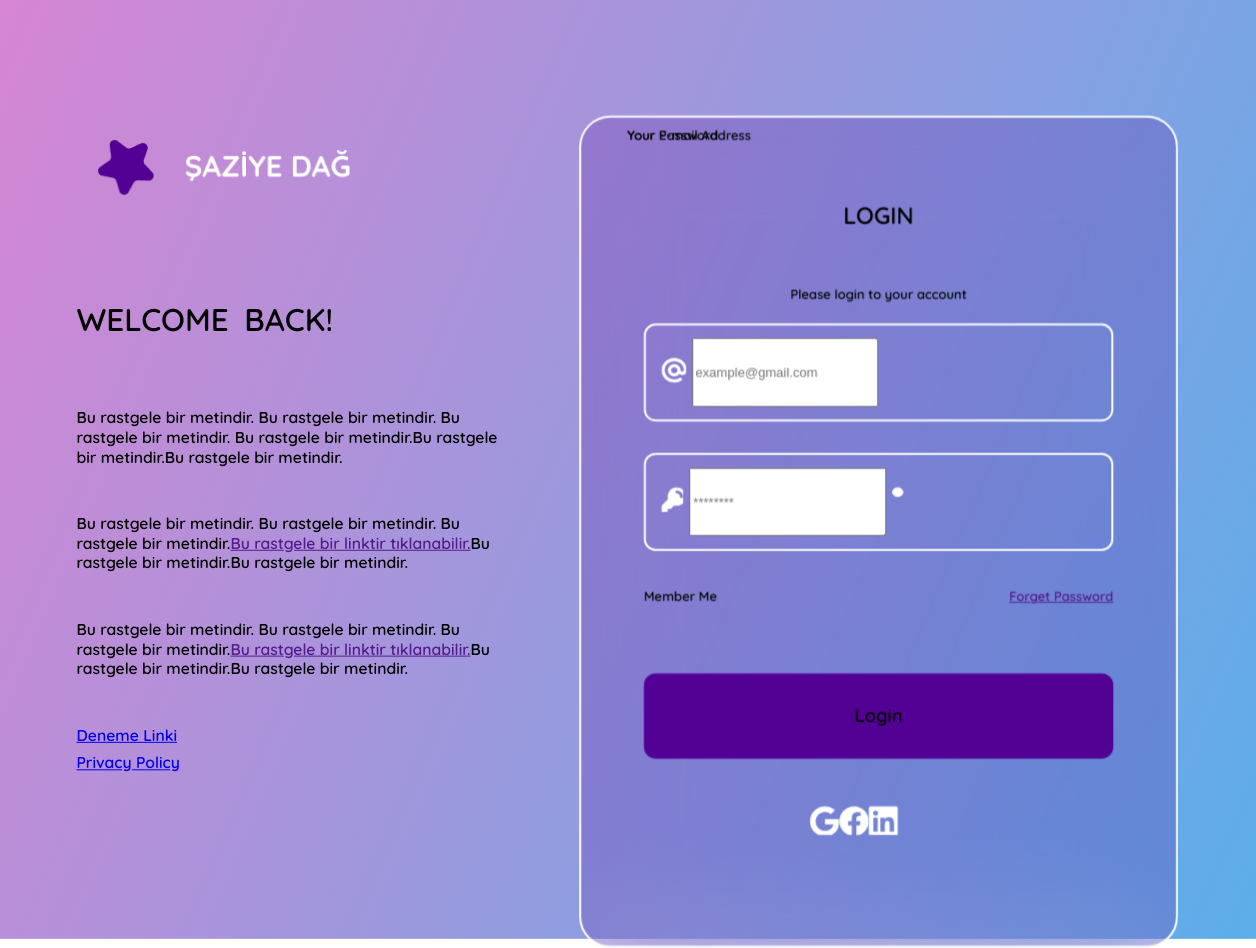
Repository: szydag/login
Page: /
These files come from the project's save history. The page is drawn as it stood at one moment and after the next save; the edit follows.
The browser window is 1280 px wide. The page is 1282 px wide, so the pictures cover 1282 px, including what lies to the right of the window. The pictures show the whole page, at 98% of full size.
The project was rebuilt for these pictures with package versions that can differ from the ones it lists, and the page was loaded fresh each time. Also part of the build but not shown: src/assets/svgr/unhiddenIcon/index.js.

Above is the page before, as saved 2023-10-29 20:35:15.

### src/index.js
import React from 'react';
import ReactDOM from 'react-dom/client';
import App from './app/index';
import {
    BrowserRouter
} from "react-router-dom";

const root = ReactDOM.createRoot(document.getElementById('root'));
root.render(
    <BrowserRouter>
        <App />
    </BrowserRouter>
);

### src/app/index.js
import LoginPage from "./pages/login";
import useStyles from "./style";

const App = () => {
    const classes = useStyles();
    return <div
        className={classes.main}
    >
        <LoginPage />
    </div>

};

export default App;

### src/app/pages/login/index.js
import React, { useEffect } from 'react'
import useStyles from './style';
import logo from './../../../assets/logo.png'
import MailIcon from './../../../assets/svgr/mailIcon/index.js'
import PasswordIcon from './../../../assets/svgr/passwordIcon/index.js'
import HiddenIcon from './../../../assets/svgr/hiddenIcon/index.js'
import UnhiddenIcon from './../../../assets/svgr/unhiddenIcon/index.js'
import GoogleIcon from './../../../assets/svgr/googleIcon/index.js'
import FacebookIcon from './../../../assets/svgr/facebookIcon/index.js'
import LinkedInIcon from './../../../assets/svgr/linkedInIcon/index.js'
const LoginPage = () => {

    const classes = useStyles();
    return <div
        className={classes.loginPage}
    >
        <div
            className={classes.promotionTexts}
        >
            <div
                className={classes.logo}
            >
                <img
                    src={logo}
                    alt=""
                />
            </div>
            <div
                className={classes.mainContent}
            >
                <div
                    className={classes.title}
                >
                    <h1>WELCOME</h1>
                    <h1>BACK!</h1>
                </div>
                <div
                    className={classes.contentText}
                >
                    <p>
                        Bu rastgele bir metindir. Bu rastgele bir metindir. Bu rastgele bir metindir. Bu rastgele bir metindir.Bu rastgele bir metindir.Bu rastgele bir metindir.
                    </p>
                    <p>
                        Bu rastgele bir metindir. Bu rastgele bir metindir. Bu rastgele bir metindir.
                        <a
                            href=""
                        >
                            Bu rastgele bir linktir tıklanabilir.
                        </a>
                        Bu rastgele bir metindir.Bu rastgele bir metindir.
                    </p>
                    <p>
                        Bu rastgele bir metindir. Bu rastgele bir metindir. Bu rastgele bir metindir.
                        <a
                            href=""
                        >
                            Bu rastgele bir linktir tıklanabilir.
                        </a>
                        Bu rastgele bir metindir.Bu rastgele bir metindir.
                    </p>
                </div>
                <div
                    className={classes.links}
                >
                    <a
                        href="

                    ">
                        Deneme Linki
                    </a>
                    <a
                        href="

                    ">
                        Privacy Policy
                    </a>
                </div>

            </div>
        </div>
        <div
            className={classes.loginArea}
        >
            <div
                className={classes.header}
            >
                <h2>LOGIN</h2>
                <h5>Please login to your account</h5>
            </div>
            <div
                className={classes.container}
            >
                <div
                    className={classes.loginMainContent}
                >
                    <div
                        className={classes.inputArea}
                    >
                        <div
                            className={classes.mailInput}
                        >

                            <div
                                className={classes.content}
                            >
                                <div
                                    className={classes.inputTitle}
                                >
                                    <h5>Your E-mail  Address</h5>
                                </div>
                                <MailIcon
                                    color='#ffffff'
                                    size={30}
                                />
                                <input
                                    className={classes.input}
                                    type="text"
                                    placeholder='example@gmail.com'
                                />
                            </div>
                        </div>
                        <div
                            className={classes.passwordInput}
                        >
                            <div
                                className={classes.content}
                            >
                                <div
                                    className={classes.inputTitle}
                                >
                                    <h5>Your Password</h5>
                                </div>
                                <PasswordIcon
                                    color='#ffffff'
                                    size={30}
                                />
                                <input
                                    className={classes.input}
                                    type="password"
                                    placeholder='********'
                                />
                                <HiddenIcon
                                    color='#ffffff'
                                    size={30}
                                />
                            </div>


                        </div>
                    </div>
                    <div
                        className={classes.passwordSettingsArea}
                    >
                        <div
                            className={classes.memberMeArea}
                        >
                            <h5>Member Me</h5>
                        </div>
                        <h5>
                            <a href="">
                                Forget Password
                            </a>
                        </h5>
                    </div>
                </div>
                <div
                    className={classes.loginButton}
                >
                    <h3>Login</h3>
                </div>
            </div>
            <div
                className={classes.accountSettings}
            >
                <div
                    className={classes.accountSettingsTitle}
                >

                </div>
                <div
                    className={classes.socialMediaIcons}
                >
                    <GoogleIcon
                        color='#ffffff'
                        size={30}
                    >
                    </GoogleIcon>
                    <FacebookIcon
                        color='#ffffff'
                        size={30}
                    >
                    </FacebookIcon>
                    <LinkedInIcon
                        color='#ffffff'
                        size={30}
                    >
                    </LinkedInIcon>
                </div>
                <div
                    className={classes.newAccountArea}
                >

                </div>
            </div>
        </div>
    </div>
}

export default LoginPage;

### src/app/style.js
import { createUseStyles } from "react-jss";

const useStyles = createUseStyles({
    "@font-face": [
        {
            fontFamily: "Quicksand-Bold",
            src: 'url("/public/assets/fonts/Quicksand-Bold.ttf")',
            fontStyle: "normal"
        },
        {
            fontFamily: "Quicksand-Light",
            src: 'url("/public/assets/fonts/Quicksand-Light.ttf")',
            fontStyle: "normal"
        },
        {
            fontFamily: "Quicksand-Medium",
            src: 'url("/public/assets/fonts/Quicksand-Medium.ttf")',
            fontStyle: "normal"
        },
        {
            fontFamily: "Quicksand-Regular",
            src: 'url("/public/assets/fonts/Quicksand-Regular.ttf")',
            fontStyle: "normal"
        },
        {
            fontFamily: "Quicksand-SemiBold",
            src: 'url("/public/assets/fonts/Quicksand-SemiBold.ttf")',
            fontStyle: "normal"
        }
    ],
    main: {
        fontFamily: "Quicksand-SemiBold",
        width: '100%',
        height: '100%',
    },
})
export default useStyles;

### src/app/pages/login/style.js

import { createUseStyles } from "react-jss";

const useStyles = createUseStyles({
    "@font-face": [
        {
            fontFamily: "Quicksand-Bold",
            src: 'url("/public/assets/fonts/Quicksand-Bold.ttf")',
            fontStyle: "normal"
        },
        {
            fontFamily: "Quicksand-Light",
            src: 'url("/public/assets/fonts/Quicksand-Light.ttf")',
            fontStyle: "normal"
        },
        {
            fontFamily: "Quicksand-Medium",
            src: 'url("/public/assets/fonts/Quicksand-Medium.ttf")',
            fontStyle: "normal"
        },
        {
            fontFamily: "Quicksand-Regular",
            src: 'url("/public/assets/fonts/Quicksand-Regular.ttf")',
            fontStyle: "normal"
        },
        {
            fontFamily: "Quicksand-SemiBold",
            src: 'url("/public/assets/fonts/Quicksand-SemiBold.ttf")',
            fontStyle: "normal"
        }
    ],
    h1: {
        fontFamily: 'Quicksand-SemiBold',
    },
    loginPage: {
        margin: "-10px",
        height: '100vh',
        display: 'flex',
        padding: '120px 80px',
        alignItems: 'flex-start',
        gap: '80px',
        background: 'linear-gradient(113deg, #B9A675 0%, #D685D3 0%, #5CAEE9 100%)',
    },
    promotionTexts: {
        width: '50%',
        display: 'flex',
        flexDirection: 'column',
        alignItems: 'flex-start',
        gap: '64px',
    },
    logo: {
        display: 'flex',
        alignItems: 'center',
        gap: '8px',
    },
    mainContent: {
        display: 'flex',
        flexDirection: 'column',
        justifyContent: ' center',
        alignItems: 'flex-start',
        gap: '32px',
    },
    title: {
        display: 'flex',
        alignItems: 'flex-start',
        gap: '16px',
    },
    contentText: {
        display: 'flex',
        flexDirection: 'column',
        alignItems: 'flex - start',
        gap: '16px',
    },
    links: {
        display: 'flex',
        flexDirection: 'column',
        alignItems: 'flex-start',
        gap: '8px',
    },
    loginArea: {
        width: '50%',
        display: 'flex',
        padding: '64px',
        flexDirection: 'column',
        justifyContent: 'center',
        alignItems: 'center',
        borderRadius: '32px',
        border: '2px solid #FFF',
        background: 'rgba(83, 0, 148, 0.20)',
        backdropFilter: 'blur(45px)',
    },
    header: {
        display: 'flex',
        flexDirection: 'column',
        alignItems: 'center',
        gap: '16px',
    },
    container: {
        display: 'flex',
        flexDirection: 'column',
        alignItems: 'flex-start',
        gap: '48px',
        alignSelf: 'stretch',
    },
    loginMainContent: {
        display: 'flex',
        flexDirection: 'column',
        justifyContent: 'center',
        alignItems: 'center',
        gap: '16px',
        alignSelf: 'stretch',
    },
    inputArea: {
        display: 'flex',
        flexDirection: 'column',
        alignItems: 'flex-start',
        gap: '32px',
        alignSelf: 'stretch',
    },
    mailInput: {
        display: 'flex',
        height: '64px',
        padding: '16px',
        flexDirection: 'column',
        justifyContent: 'center',
        alignItems: 'flex-start',
        gap: '437px',
        alignSelf: 'stretch',
        borderRadius: '12px',
        border: '2px solid #FFF',
    },
    input: {
        width: '100%',
        height: '64px',
    },
    content: {
        display: 'flex',
        justifyContent: 'center',
        alignItems: 'center',
        gap: '6px',
    },
    inputTitle: {
        display: 'flex',
        padding: '0px 10px',
        alignItems: 'center',
        gap: '10px',
        position: 'absolute',
        left: '37px',
        top: '-12px',
    },
    passwordInput: {
        display: 'flex',
        height: '64px',
        padding: '16px',
        justifyContent: 'space-between',
        alignItems: 'center',
        alignSelf: 'stretch',
        borderRadius: '12px',
        border: '2px solid #FFF',
    },
    passwordSettingsArea: {
        display: 'flex',
        justifyContent: 'space-between',
        alignItems: 'flex-start',
        alignSelf: 'stretch',
    },
    memberMeArea: {
        display: 'flex',
        alignItems: 'center',
        gap: '16px',
    },
    loginButton: {
        display: 'flex',
        padding: '13px 215px',
        justifyContent: 'center',
        alignItems: 'center',
        gap: '10px',
        alignSelf: 'stretch',
        borderRadius: '12px',
        background: '#530094',
    },
    accountSettings: {
        display: 'flex',
        flexDirection: 'column',
        alignItems: 'center',
        gap: '48px',
    },
    accountSettingsTitle: {
        display: 'flex',
        justifyContent: 'center',
        alignItems: 'center',
        gap: '8px',
    },
    socialMediaIcons: {
        width: '140px',
        height: '31.492px',
    },
    newAccountArea: {
        display: 'flex',
        justifyContent: 'center',
        alignItems: 'flex-start',
        gap: '16px',
    },
})
export default useStyles;

### src/assets/svgr/mailIcon/index.js
import * as React from "react"
const MailIcon = ({
    color = "#ffffff",
    size = 30,
    ...props
}) => {
    const pathScale = 30 / size;
    return <svg
        xmlns="http://www.w3.org/2000/svg"
        width={size}
        height={size}
        fill="none"
        {...props}
    >
        <path
            fill={color}
            transform={`scale(${1 / 1})`}
            d="M19.894 6.125c-3.807-3.661-9.98-3.661-13.788 0s-3.808 9.597 0 13.258c3.31 3.183 8.41 3.6 12.187 1.248.753-.47 1.759-.263 2.247.461.488.725.273 1.692-.48 2.161-5.038 3.138-11.837 2.586-16.252-1.66-5.077-4.881-5.077-12.796 0-17.678 5.076-4.881 13.308-4.881 18.384 0C24.73 6.355 26 9.558 26 12.755c0 2.588-2.183 4.687-4.875 4.687a4.982 4.982 0 0 1-2.925-.937c-1.186 1.517-3.074 2.5-5.2 2.5-3.59 0-6.5-2.799-6.5-6.25 0-3.453 2.91-6.25 6.5-6.25s6.5 2.797 6.5 6.25c0 .862.727 1.562 1.625 1.562s1.625-.7 1.625-1.563c0-2.402-.952-4.798-2.856-6.629Zm-3.644 6.63c0-1.727-1.455-3.126-3.25-3.126s-3.25 1.4-3.25 3.125c0 1.726 1.455 3.125 3.25 3.125s3.25-1.399 3.25-3.125Z"
        />
    </svg>
}
export default MailIcon

### src/assets/svgr/passwordIcon/index.js
import * as React from "react"
const PasswordIcon = ({
    color = "#ffffff",
    size = 30,
    ...props
}) => {
    const pathScale = 30 / size;
    return <svg
        xmlns="http://www.w3.org/2000/svg"
        width={size}
        height={size}
        fill="none"
        {...props}
    >
        <path
            fill={color}
            transform={`scale(${1 / 1})`}
            d="M25 9.63a9.375 9.375 0 0 1-12.098 8.972L9.375 22.13H6.25v3.125H0v-6.25l6.652-6.652A9.375 9.375 0 1 1 25 9.63Zm-9.375-6.25a1.563 1.563 0 0 0 0 3.124c1.726 0 3.125 1.4 3.125 3.125a1.563 1.563 0 0 0 3.125 0 6.25 6.25 0 0 0-6.25-6.25Z"
        />
    </svg>
}
export default PasswordIcon

### src/assets/svgr/hiddenIcon/index.js
import * as React from "react"
const HiddenIcon = ({
    color = "#ffffff",
    size = 30,
    ...props
}) => {
    const pathScale = 30 / size;
    return <svg
        xmlns="http://www.w3.org/2000/svg"
        width={size}
        height={size}
        fill="none"
        {...props}
    >
        <path
            fill={color}
            transform={`scale(${1 / 1})`}
            d="M0 5.03C.801 2.115 3.185 0 6 0s5.199 2.115 6 5.03c-.801 2.915-3.185 5.03-6 5.03S.801 7.945 0 5.03Zm8.515 0C8.515 6.617 7.39 7.904 6 7.904c-1.39 0-2.515-1.287-2.515-2.874C3.485 3.443 4.61 2.156 6 2.156c1.39 0 2.515 1.287 2.515 2.874Z"
        />
    </svg>
}
export default HiddenIcon

### src/assets/svgr/googleIcon/index.js
import * as React from "react"
const GoogleIcon = ({
    color = "#ffffff",
    size = 30,
    ...props
}) => {
    const pathScale = 30 / size;
    return <svg
        xmlns="http://www.w3.org/2000/svg"
        width={size}
        height={size}
        fill="none"
        {...props}
    >
        <path
            fill={color}
            transform={`scale(${1 / 1})`}
            d="M30.5 16.357c0 8.698-5.957 14.889-14.754 14.889A15.228 15.228 0 0 1 .5 16 15.228 15.228 0 0 1 15.746.754c4.106 0 7.561 1.506 10.223 3.99l-4.15 3.99C16.392 3.496 6.298 7.43 6.298 16c0 5.318 4.248 9.627 9.449 9.627 6.037 0 8.3-4.328 8.656-6.572h-8.656v-5.243H30.26c.142.78.24 1.53.24 2.545Z"
        />
    </svg>
}
export default GoogleIcon

### src/assets/svgr/facebookIcon/index.js
import * as React from "react"
const FacebookIcon = ({
    color = "#ffffff",
    size = 30,
    ...props
}) => {
    const pathScale = 30 / size;
    return <svg
        xmlns="http://www.w3.org/2000/svg"
        width={size}
        height={size}
        fill="none"
        {...props}
    >
        <path
            fill={color}
            transform={`scale(${1 / 1})`}
            d="M30.5 15.754c0-8.286-6.714-15-15-15s-15 6.714-15 15c0 7.487 5.485 13.692 12.656 14.819V20.09h-3.81v-4.336h3.81V12.45c0-3.759 2.238-5.835 5.666-5.835 1.641 0 3.358.293 3.358.293v3.689h-1.892c-1.863 0-2.444 1.156-2.444 2.343v2.815h4.16l-.666 4.336h-3.494v10.483C25.014 29.446 30.5 23.24 30.5 15.754Z"
        />
    </svg>
}
export default FacebookIcon

### src/assets/svgr/linkedInIcon/index.js
import * as React from "react"
const LinkedInIcon = ({
    color = "#ffffff",
    size = 30,
    ...props
}) => {
    const pathScale = 30 / size;
    return <svg
        xmlns="http://www.w3.org/2000/svg"
        width={size}
        height={size}
        fill="none"
        {...props}
    >
        <path
            fill={color}
            transform={`scale(${1 / 1})`}
            d="M28.357.754H2.637C1.456.754.5 1.725.5 2.917v25.674c0 1.192.958 2.163 2.136 2.163h25.721c1.179 0 2.143-.97 2.143-2.163V2.917c0-1.192-.964-2.163-2.143-2.163ZM9.567 26.468H5.121V12.151h4.453v14.317h-.007ZM7.344 10.196a2.58 2.58 0 0 1 0-5.156 2.584 2.584 0 0 1 2.578 2.578 2.575 2.575 0 0 1-2.578 2.578Zm18.89 16.272h-4.446v-6.964c0-1.66-.034-3.797-2.31-3.797-2.317 0-2.672 1.808-2.672 3.677v7.084h-4.447V12.151h4.266v1.956h.06c.596-1.125 2.05-2.31 4.212-2.31 4.5 0 5.337 2.966 5.337 6.823v7.848Z"
        />
    </svg>
}
export default LinkedInIcon

Loaded but not shown: public/index.html (common file)

After the next save:
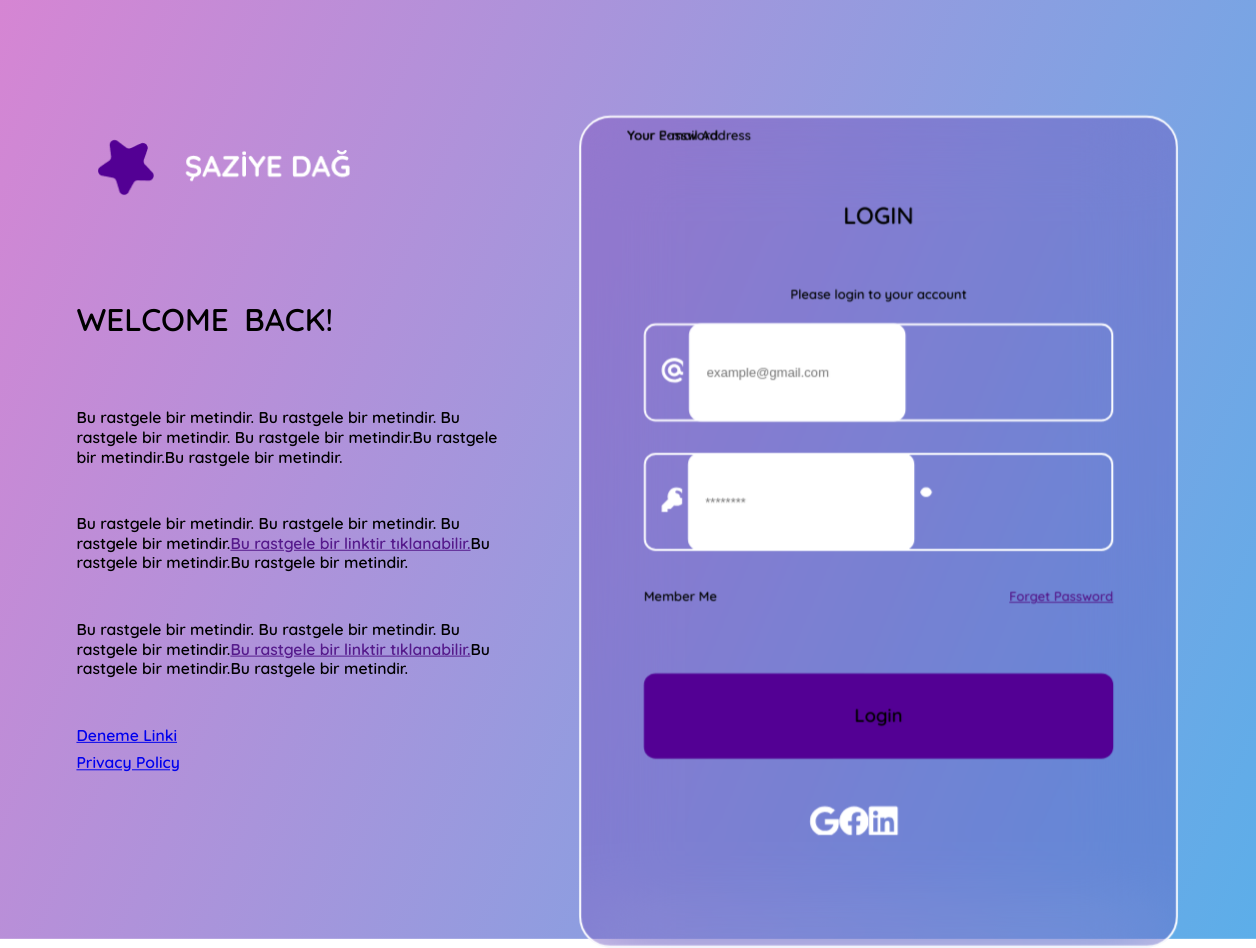
Saved 47 s later.
--- a/src/app/pages/login/style.js
+++ b/src/app/pages/login/style.js
@@ -132,6 +132,16 @@ const useStyles = createUseStyles({
     input: {
         width: '100%',
         height: '64px',
+        display: 'flex',
+        height: '64px',
+        padding: '16px',
+        flexDirection: 'column',
+        justifyContent: 'center',
+        alignItems: 'flex-start',
+        gap: '437px',
+        alignSelf: 'stretch',
+        borderRadius: '12px',
+        border: '2px solid #FFF',
     },
     content: {
         display: 'flex',
